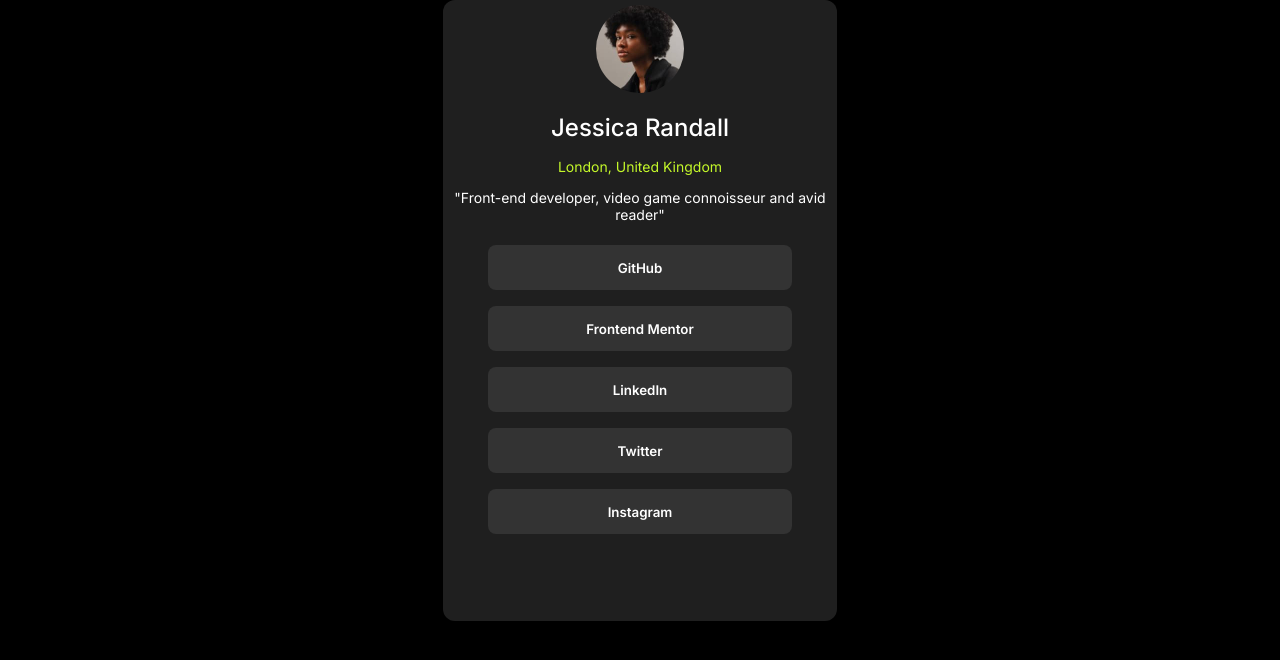
Repository: brandontaylor1/social-links-profile
Page: index.html
These files come from the project's save history. The page is drawn as it stood at one moment and after the next save; the edit follows.
The browser window is 1280 px wide. The pictures show the whole page.

Above is the page before, as saved 2024-12-25 17:54:00.

### index.html
<!DOCTYPE html>
<html lang="en">
<head>
    <meta charset="UTF-8">
    <meta name="viewport" content="width=device-width, initial-scale=1.0">
    <link rel="preconnect" href="https://fonts.googleapis.com">
    <link rel="preconnect" href="https://fonts.gstatic.com" crossorigin>
    <link href="https://fonts.googleapis.com/css2?family=Inter:ital,opsz,wght@0,14..32,100..900;1,14..32,100..900&display=swap" rel="stylesheet">
    <link rel="stylesheet" href="styles.css">
    <title>Social Links Profile</title>
</head>
<body>
    <main class="container">
        <div class="profile-content">
            <div class="img-container">
                <img src="./images/avatar-jessica.jpeg" class="profile-pic" alt="profile-pic">
            </div>
            <div class="profile-text">
                <h1>Jessica Randall</h1>
                <h2>London, United Kingdom</h2>
                <p>"Front-end developer, video game connoisseur and avid reader"</p>
            </div>
        </div>
        <div class="social-link-button-container">
            <button class="social-link-button"><a href="#">GitHub</a></button>
            <button class="social-link-button"><a href="#">Frontend Mentor</a></button>
            <button class="social-link-button"><a href="#">LinkedIn</a></button>
            <button class="social-link-button"><a href="#">Twitter</a></button>
            <button class="social-link-button"><a href="#">Instagram</a></button>
        </div>
    </main>

    <script src="index.js"></script>
</body>
</html>

### styles.css
:root {
    --gray-900: #141414;
    --gray-800: #1F1F1F;
    --gray-700: #333333;

    --color-white: #FFFFFF;
    --color-black: #000000;

    --color-green: #C4F82A;

}

body {
    box-sizing: border-box;
    margin: 0;
    padding: 0;
    background-color: black;
    display: flex;
    justify-content: center;
    align-items: center;
    font-family: "Inter", sans-serif;
    background-color: var(--color-black);
}

.container {
    background-color: var(--gray-800);
    color: var(--color-white);
    border-radius: 12px;
    padding: 5px 5px;
    width: 384px;
    height: 611px;
    text-align: center;
}

.profile-pic {
    width: 88px;
    height: 88px;
    border-radius: 50%;
}

.profile-text h1 {
    font-size: 24px;
    font-family: "Inter", sans-serif;
    font-weight: 500;
}

.profile-text h2 {
    font-size: 14px;
    font-family: "Inter", sans-serif;
    font-weight: 400;
    color: var(--color-green);
}

.profile-text p {
    font-size: 14px;
    font-family: "Inter", sans-serif;
    font-weight: 400;
    color: var(--color-white);
}


.social-link-button-container {
    display: flex;
    flex-direction: column;
    justify-content: center;
    align-items: center;
}

a {
    text-decoration: none;
    color: var(--color-white);
}

a:hover {
    color: var(--color-black);
}

.social-link-button {
    width: 304px;
    height: 45px;
    background-color: var(--gray-700);
    border: none;
    border-radius: 8px;
    margin: 8px;
    font-family: "Inter", sans-serif;
    font-weight: 600;

}

.social-link-button:hover {
    background-color: var(--color-green);

}

Loaded but not shown: index.js (no stored copy; drawn as an empty file)

After the next save:
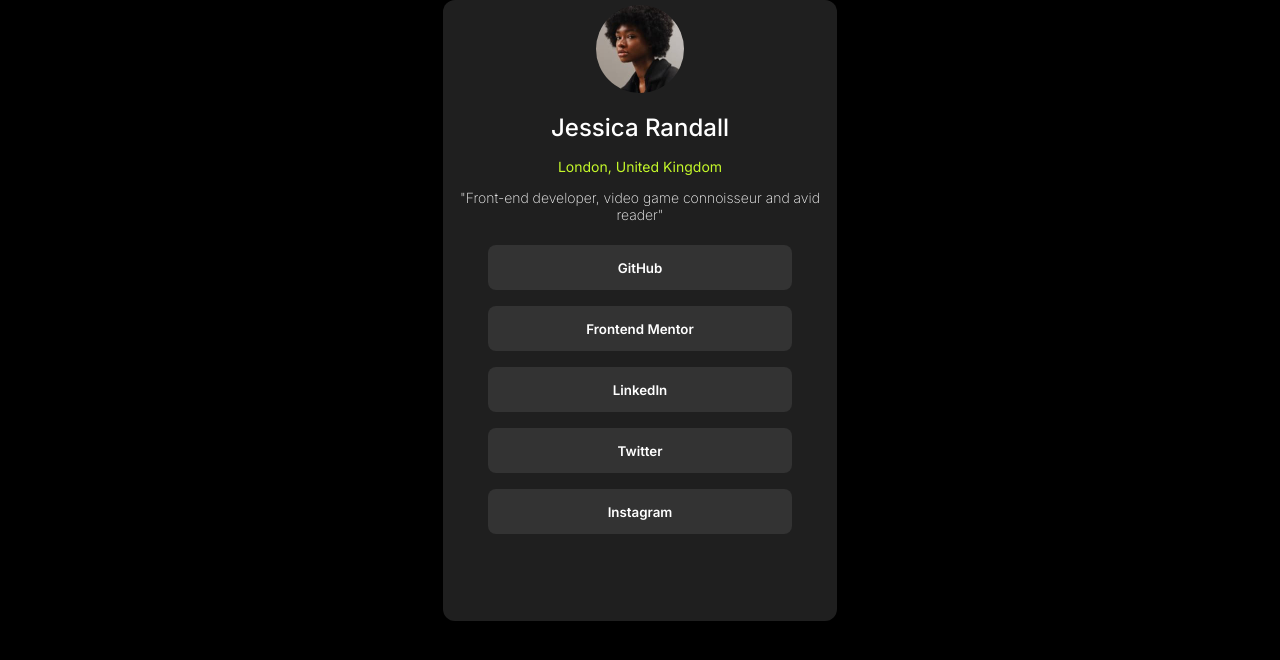
Saved 11 s later.
--- a/styles.css
+++ b/styles.css
@@ -54,7 +54,7 @@ body {
 .profile-text p {
     font-size: 14px;
     font-family: "Inter", sans-serif;
-    font-weight: 400;
+    font-weight: 200;
     color: var(--color-white);
 }
 
